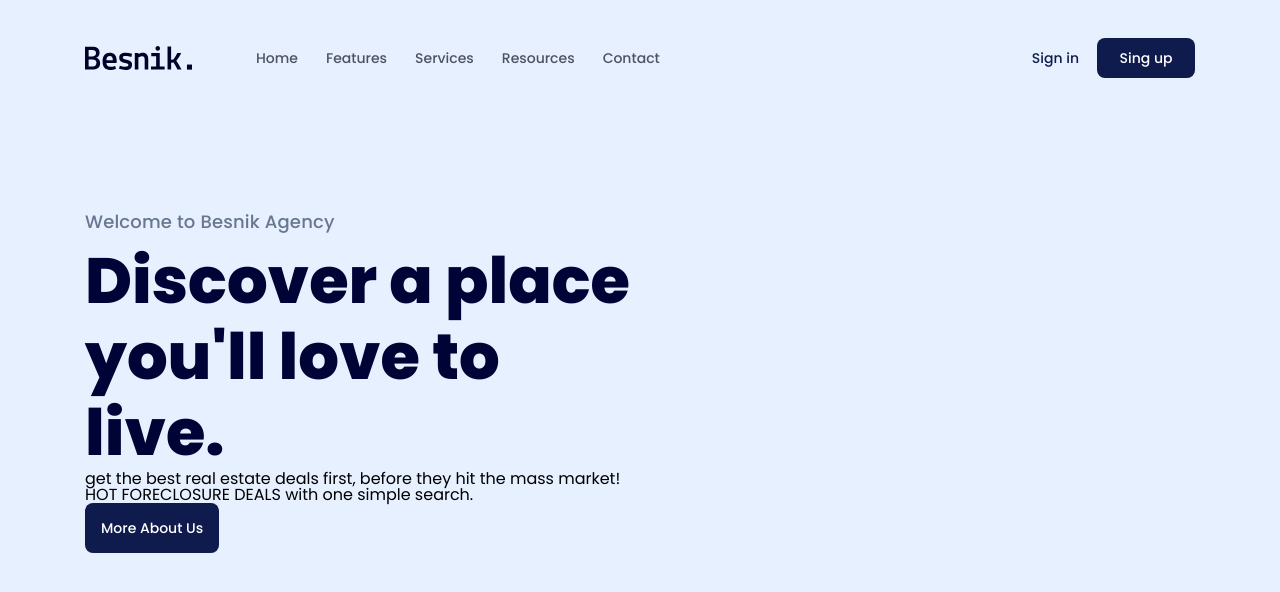
Repository: anhtien111198/f8-htmlcss-01
Page: index.html
An editor plug-in stored every save of this project. The page is shown before and after the next save, followed by the edit.
The browser window is 1280 px wide. The pictures show the whole page.

Above is the page before, as saved 2023-04-29 15:51:43.

After the next save:
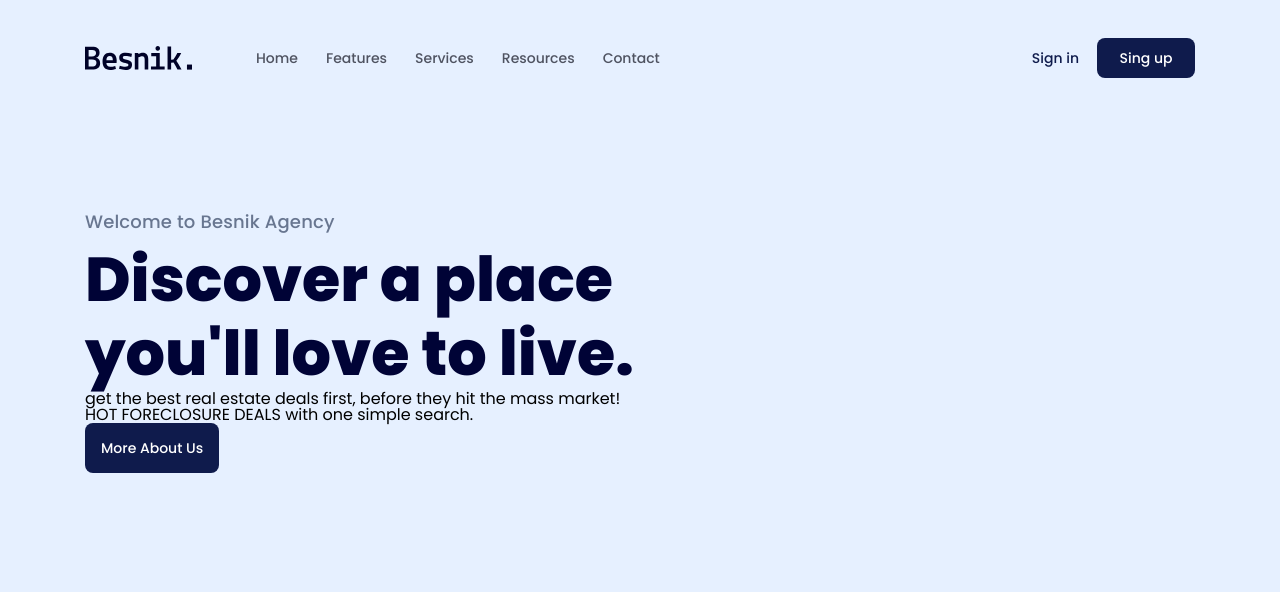
Saved 99 s later.
--- a/assets/css/styles.css
+++ b/assets/css/styles.css
@@ -89,7 +89,7 @@
 .hero .title {
     margin-top: 8px;
     font-weight: 700;
-    font-size: 6.4rem;
+    font-size: 6.2rem;
     line-height: 1.19;
     color: #000336;
 }
